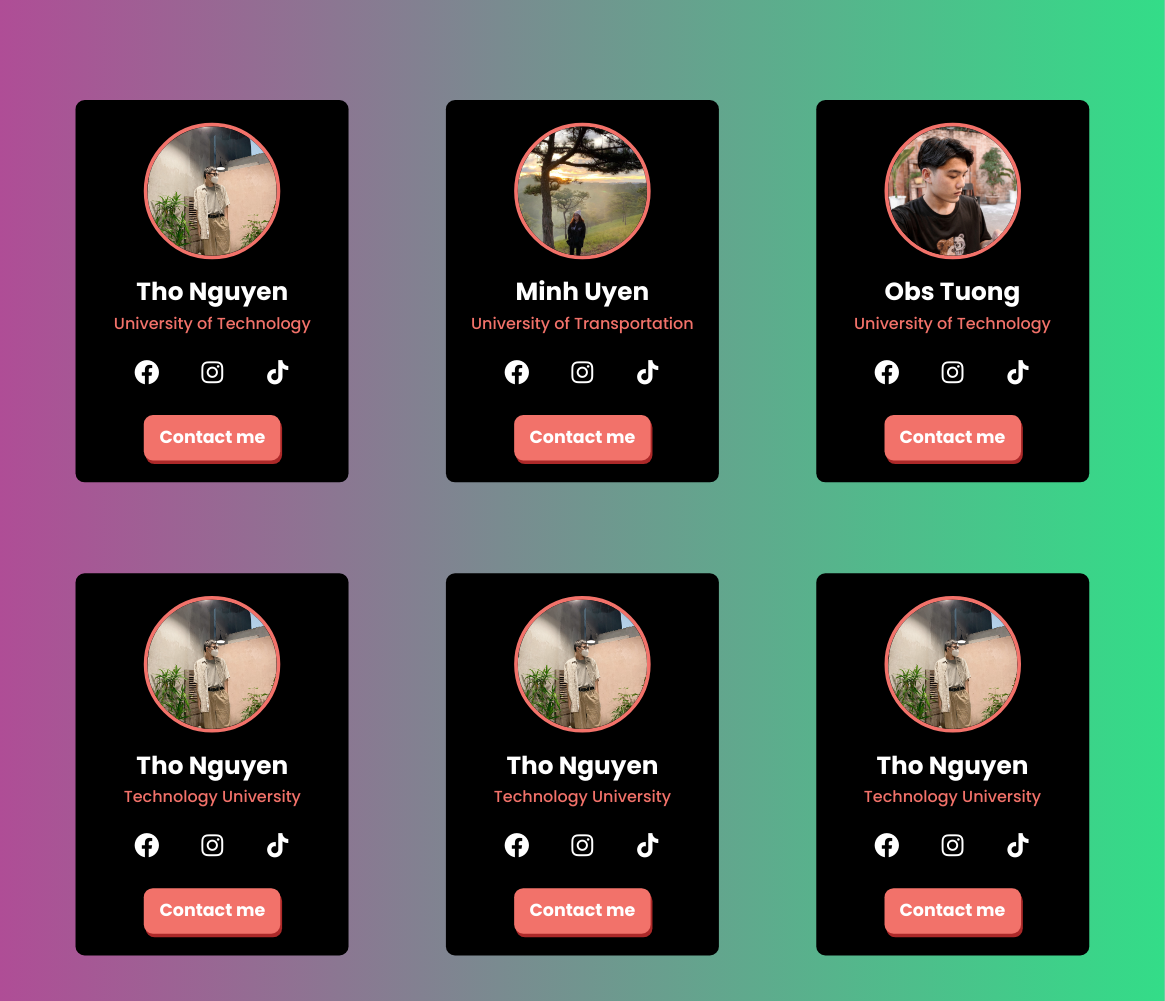
Repository: lausamtuong/profileCard
Page: index.html
The author's editor kept a copy of each file at every save. The page is drawn from the files as they stood at one save, then again after the next save.
The browser window is 1280 px wide. The pictures show the whole page, at 91% of full size.
The style sheet was rebuilt from its Sass, Less or Tailwind sources for each picture, by a compiler version that may differ from the author's.

Above is the page before, as saved 2021-12-14 18:36:20.

### index.html
<!DOCTYPE html>
<html lang="en">
<head>
    <meta charset="UTF-8">
    <meta http-equiv="X-UA-Compatible" content="IE=edge">
    <meta name="viewport" content="width=device-width, initial-scale=1.0">
    <link rel="stylesheet" href="style.css">
    <link href="https://fonts.googleapis.com/css2?family=Lato:ital,wght@1,700;1,900&family=Poppins:wght@400;500;700&display=swap" rel="stylesheet">
    <link href='https://unpkg.com/boxicons@2.1.1/css/boxicons.min.css' rel='stylesheet'>

    <title>Document</title>
</head>
<body background="snow.jpg">
    <div class="card__list">
        <div class="card__item">

            <div class="card__image">
                <img src="tho.jpg" alt="">
            </div>
            <div class="card__name">Tho Nguyen</div>
            <div class="card__school">University of Technology </div>
            <div class="card__social">
                <a href="https://www.facebook.com/profile.php?id=100013469562736">
                    <i class='bx bxl-facebook-circle'></i>
                </a>
                <a href="https://www.instagram.com/huutho_0809/"> <i class='bx bxl-instagram' ></i></a>
                <a href="https://www.tiktok.com/@05ulu05?"> <i class='bx bxl-tiktok'></i></a>

            </div>
            <div class="card__btn">Contact me</div>
        </div>
        <div class="card__item">

            <div class="card__image">
                <img src="uyen.jpg" alt="">
            </div>
            <div class="card__name">Minh Uyen</div>
            <div class="card__school">University of Transportation </div>
            <div class="card__social">
                <a href="https://www.facebook.com/minhuyen.truong.75">
                    <i class='bx bxl-facebook-circle'></i>
                </a>
                <a href="https://www.instagram.com/minh_ieng/"> <i class='bx bxl-instagram' ></i></a>
                <a href="https://www.tiktok.com/@05ulu05?"> <i class='bx bxl-tiktok'></i></a>

            </div>
            <div class="card__btn">Contact me</div>
        </div>
        <div class="card__item">

            <div class="card__image">
                <img src="tuong.jpg" alt="">
            </div>
            <div class="card__name">Obs Tuong</div>
            <div class="card__school">University of Technology</div>
            <div class="card__social">
                <a href="https://www.facebook.com/profile.php?id=100013469562736">
                    <i class='bx bxl-facebook-circle'></i>
                </a>
                <a href=""> <i class='bx bxl-instagram' ></i></a>
                <a href=""> <i class='bx bxl-tiktok'></i></a>

            </div>
            <div class="card__btn">Contact me</div>
        </div>
        <div class="card__item">

            <div class="card__image">
                <img src="tho.jpg" alt="">
            </div>
            <div class="card__name">Tho Nguyen</div>
            <div class="card__school">Technology University</div>
            <div class="card__social">
                <a href="https://www.facebook.com/profile.php?id=100013469562736">
                    <i class='bx bxl-facebook-circle'></i>
                </a>
                <a href=""> <i class='bx bxl-instagram' ></i></a>
                <a href=""> <i class='bx bxl-tiktok'></i></a>

            </div>
            <div class="card__btn">Contact me</div>
        </div>
        <div class="card__item">

            <div class="card__image">
                <img src="tho.jpg" alt="">
            </div>
            <div class="card__name">Tho Nguyen</div>
            <div class="card__school">Technology University</div>
            <div class="card__social">
                <a href="https://www.facebook.com/profile.php?id=100013469562736">
                    <i class='bx bxl-facebook-circle'></i>
                </a>
                <a href=""> <i class='bx bxl-instagram' ></i></a>
                <a href=""> <i class='bx bxl-tiktok'></i></a>

            </div>
            <div class="card__btn">Contact me</div>
        </div>
        <div class="card__item">

            <div class="card__image">
                <img src="tho.jpg" alt="">
            </div>
            <div class="card__name">Tho Nguyen</div>
            <div class="card__school">Technology University</div>
            <div class="card__social">
                <a href="https://www.facebook.com/profile.php?id=100013469562736">
                    <i class='bx bxl-facebook-circle'></i>
                </a>
                <a href=""> <i class='bx bxl-instagram' ></i></a>
                <a href=""> <i class='bx bxl-tiktok'></i></a>

            </div>
            <div class="card__btn">Contact me</div>
        </div>


    </div>
</body>
</html>

### style.scss
*{
    margin: 0;
    padding: 0;
    box-sizing: border-box;
}
html{
    font-family: 'Poppins', sans-serif;
}
:root {
    --pink-color: #f2726a;
  }
body{
    height: 100vh;
    background-image: linear-gradient(to right, #af4d96, #3d8);
}
.card{

    &__list{
        margin: 120px auto;
      display: flex;
      flex-wrap: wrap;
      justify-content: space-around;
      margin: 60px 30px;

    }
    &__item{
        width:300px;
        height:420px;
        background-color: #000;
        margin: 50px 20px;
        border-radius: 10px;
    }
    &__image{
        width: 150px;
        height: 150px;
        overflow: hidden;
        transition: 0.25s;
        margin: 0 auto;
        transform: translateY(25px);
        border-radius: 50%;
        border: 4px solid var(--pink-color);

        cursor: pointer;
        &:hover{
            width: 100%;
            height: 100%;
            border-radius: unset;
            border: unset;
            transform: unset;
           img{
               border-radius: 10px;
           }
             }
        }
      &__name{
          color:#fff;
          font-weight: 700;
          font-size: 1.7rem;
          text-align: center;
          margin-top: 40px;
      }
      &__school{
          font-weight: 500;
          font-size: 1.1rem;
          text-align: center;
          color:var(--pink-color)
      }
      &__social{

          font-size: 2rem;
          display:flex;
          justify-content: center;
          margin:20px;
          a{
              margin: 0 20px;
              color:#fff;
          }
      }
      &__btn{
          width:150px;
          height: 50px;

          background-color:var(--pink-color);
          border-radius: 10px;
          margin:0 auto;
          margin-top: 20px;
          font-weight: 700;
          font-size: 1.2rem;
          text-align: center;
            padding-top:10px;
            color:#fff;
            box-shadow: 2px 4px 0 0 rgb(172, 41, 41);
            cursor:pointer;
            &:hover{
                opacity:0.9;
            }
            &:active{
                transform: translateY(2px) ;
                box-shadow: 2px 2px 0 0 rgb(172, 41, 41);
            }
      }
    }
img{
        width: 100%;
        height: 100%;
        object-fit: cover;
        object-position: center;
    }

.card__image:hover  ~.card__name,
.card__image:hover ~.card__school,
.card__image:hover ~.card__social,
.card__image:hover ~.card__btn
{
    display:none;
}

After the next save:
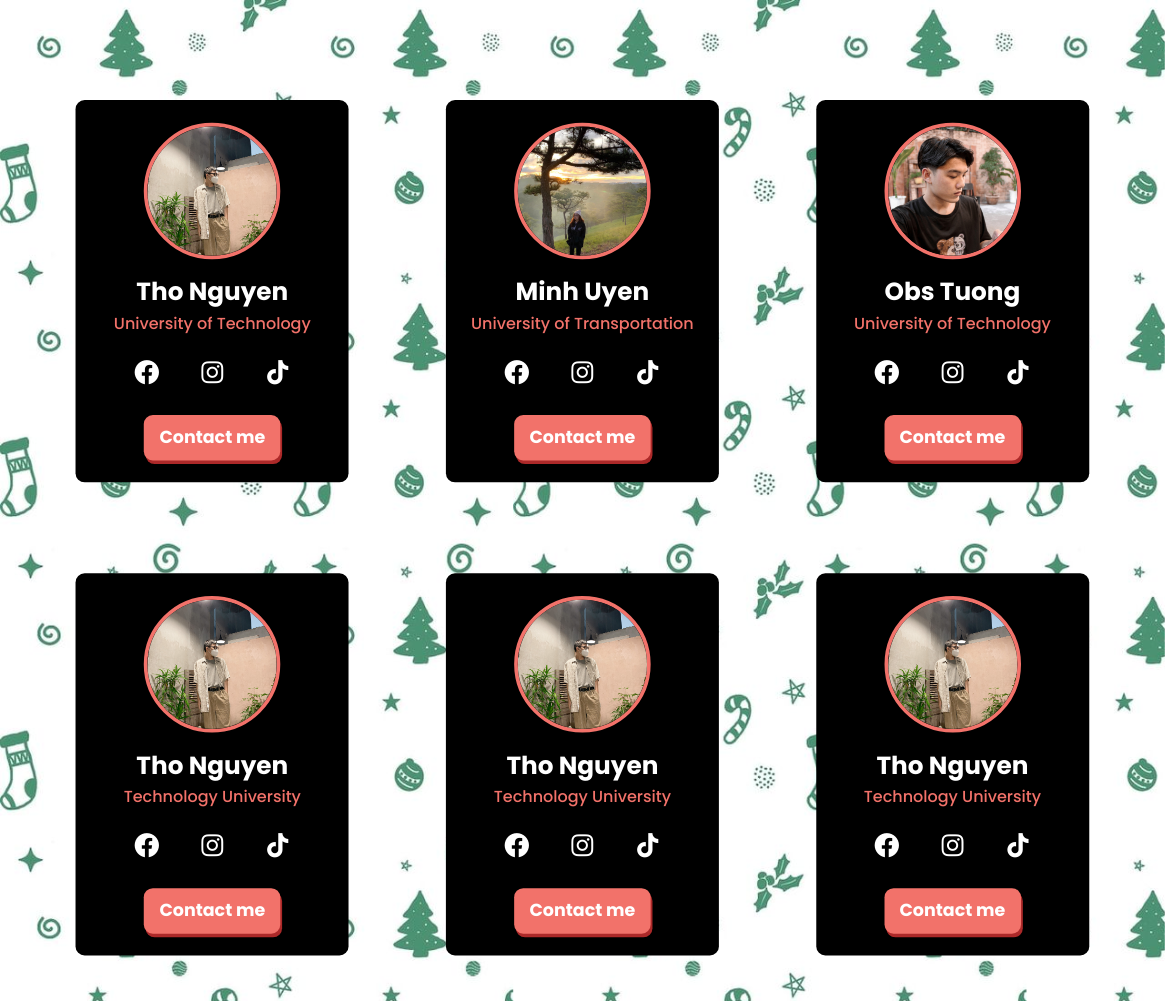
Saved 60 s later.
--- a/style.scss
+++ b/style.scss
@@ -11,7 +11,7 @@ html{
   }
 body{
     height: 100vh;
-    background-image: linear-gradient(to right, #af4d96, #3d8);
+  //  background-image: linear-gradient(to right, #af4d96, #3d8);
 }
 .card{
 
